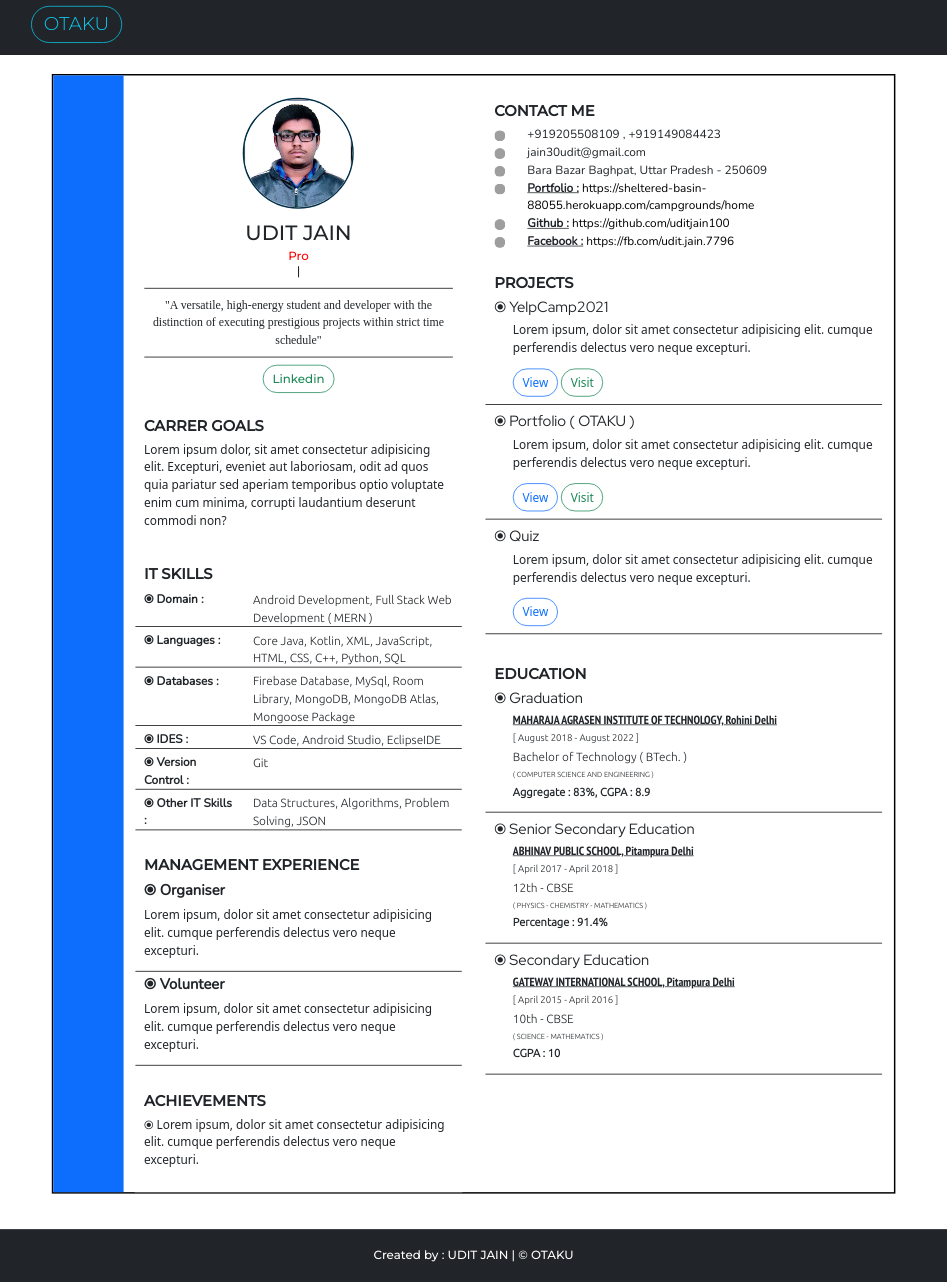
Repository: uditjain100/Responsive-Resume
Page: layouts/index.html
The author's editor kept a copy of each file at every save. The page is drawn from the files as they stood at one save, then again after a run of saves.
The browser window is 1280 px wide. The pictures show the whole page, at 74% of full size.
Pictures or frames that could not be fetched are drawn as grey boxes. Some web fonts or font styles are not loaded; a fallback is used. Some web libraries are served in a nearby version.

Above is the page before, as saved 2021-03-01 19:14:56.

### layouts/index.html
<!DOCTYPE html>
<html lang="en">
  <head>
    <meta charset="UTF-8" />
    <meta http-equiv="X-UA-Compatible" content="IE=edge" />
    <meta name="viewport" content="width=device-width, initial-scale=1.0" />
    <title>Udit Jain</title>
    <link rel="stylesheet" href="app.css" />
    <link
      href="https://cdn.jsdelivr.net/npm/bootstrap@5.0.0-beta1/dist/css/bootstrap.min.css"
      rel="stylesheet"
      integrity="sha384-giJF6kkoqNQ00vy+HMDP7azOuL0xtbfIcaT9wjKHr8RbDVddVHyTfAAsrekwKmP1"
      crossorigin="anonymous"
    />

    <link rel="preconnect" href="https://fonts.gstatic.com" />
    <link
      href="https://fonts.googleapis.com/css2?family=Montserrat:wght@300;500&display=swap"
      rel="stylesheet"
    />
    <link
      href="https://fonts.googleapis.com/css2?family=Roboto+Slab:wght@300&display=swap"
      rel="stylesheet"
    />
    <link
      href="https://fonts.googleapis.com/css2?family=Spartan:wght@500&display=swap"
      rel="stylesheet"
    />
    <link
      href="https://fonts.googleapis.com/css2?family=Red+Hat+Display&display=swap"
      rel="stylesheet"
    />
    <link
      href="https://fonts.googleapis.com/css2?family=Ubuntu:wght@300&display=swap"
      rel="stylesheet"
    />
    <link
      href="https://fonts.googleapis.com/css2?family=Quicksand:wght@700&display=swap"
      rel="stylesheet"
    />
    <link
      href="https://fonts.googleapis.com/css2?family=Nunito&display=swap"
      rel="stylesheet"
    />
    <link
      href="https://fonts.googleapis.com/css2?family=Akaya+Kanadaka&display=swap"
      rel="stylesheet"
    />
    <link
      href="https://fonts.googleapis.com/css2?family=Akaya+Kanadaka&family=PT+Sans+Narrow:wght@700&display=swap"
      rel="stylesheet"
    />
  </head>
  <body>
    <header class="header">
      <nav class="navbar navbar-expand-lg navbar-light bg-dark pb-3 fixed-top">
        <div class="container-fluid">
          <a
            id="navtitle"
            class="navbar-brand text-info px-3 rounded-pill border border-info"
            href="#"
            >OTAKU</a
          >
        </div>
      </nav>
    </header>

    <div class="container">
      <div id="wholewindow" class="row">
        <div class="col-1 bg-primary"></div>
        <div id="leftwindow" class="col-5">
          <div id="namebox" style="border: none" class="card">
            <img
              id="profileimg"
              src="profile.jpg"
              class="card-img-top"
              alt="..."
            />
            <div class="card-body">
              <h3 class="card-title" style="font-size: 28px; font-weight: 400">
                UDIT JAIN
              </h3>
              <h6 class="card-subtitle"></h6>
              <p id="summary">
                "A versatile, high-energy student and developer with the
                distinction of executing prestigious projects within strict time
                schedule"
              </p>
              <a href="#" class="btn btn-outline-success rounded-pill"
                >Linkedin</a
              >
            </div>
          </div>
          <div id="goalbox" style="border: none" class="card">
            <div class="card-body">
              <h3 class="card-title">CARRER GOALS</h3>
              <p>
                Lorem ipsum dolor, sit amet consectetur adipisicing elit.
                Excepturi, eveniet aut laboriosam, odit ad quos quia pariatur
                sed aperiam temporibus optio voluptate enim cum minima, corrupti
                laudantium deserunt commodi non?
              </p>
            </div>
          </div>
          <div id="itskillsbox" style="border: none" class="card">
            <div class="card-body">
              <h3 class="card-title">IT SKILLS</h3>
              <ul class="list-group">
                <li id="itskillsitem" class="row">
                  <span class="col-4" id="que">⦿ Domain : </span>
                  <span class="col-8" id="ans"
                    >Android Development, Full Stack Web Development ( MERN
                    )</span
                  >
                </li>
                <li id="itskillsitem" class="row">
                  <span class="col-4" id="que">⦿ Languages : </span>
                  <span class="col-8" id="ans"
                    >Core Java, Kotlin, XML, JavaScript, HTML, CSS, C++, Python,
                    SQL</span
                  >
                </li>
                <li id="itskillsitem" class="row">
                  <span class="col-4" id="que">⦿ Databases : </span>
                  <span class="col-8" id="ans"
                    >Firebase Database, MySql, Room Library, MongoDB, MongoDB
                    Atlas, Mongoose Package</span
                  >
                </li>
                <li id="itskillsitem" class="row">
                  <span class="col-4" id="que">⦿ IDES : </span>
                  <span class="col-8" id="ans"
                    >VS Code, Android Studio, EclipseIDE</span
                  >
                </li>
                <li id="itskillsitem" class="row">
                  <span class="col-4" id="que">⦿ Version Control : </span>
                  <span class="col-8" id="ans">Git</span>
                </li>
                <li id="itskillsitem" class="row">
                  <span class="col-4" id="que">⦿ Other IT Skills : </span>
                  <span class="col-8" id="ans"
                    >Data Structures, Algorithms, Problem Solving, JSON</span
                  >
                </li>
              </ul>
            </div>
          </div>
          <div id="managementskillsbox" style="border: none" class="card">
            <div class="card-body">
              <h3 class="card-title">MANAGEMENT EXPERIENCE</h3>
              <ul class="list-group">
                <li id="managementskillsitem" class="row">
                  <h5 id="que" class="display-10">⦿ Organiser</h5>
                  <p>
                    Lorem ipsum, dolor sit amet consectetur adipisicing elit.
                    cumque perferendis delectus vero neque excepturi.
                  </p>
                </li>
                <li id="managementskillsitem" class="row">
                  <h5 id="que" class="display-10">⦿ Volunteer</h5>
                  <p>
                    Lorem ipsum, dolor sit amet consectetur adipisicing elit.
                    cumque perferendis delectus vero neque excepturi.
                  </p>
                </li>
              </ul>
            </div>
          </div>
          <div id="achievementsbox" style="border: none" class="card">
            <div class="card-body">
              <h3 class="card-title">ACHIEVEMENTS</h3>
              <ul class="list-group">
                <li id="achievementitem" class="row">
                  <p>
                    ⦿ Lorem ipsum, dolor sit amet consectetur adipisicing elit.
                    cumque perferendis delectus vero neque excepturi.
                  </p>
                </li>
              </ul>
            </div>
          </div>
        </div>
        <div id="rightwindow" class="col-6">
          <div id="contactbox" style="border: none" class="card">
            <div class="card-body">
              <h3 class="card-title">CONTACT ME</h3>
              <ul class="list-group">
                <li id="contactitem" class="row">
                  <div class="col-1">
                    <img
                      src="https://cdn.jsdelivr.net/npm/simple-icons@3.0.1/icons/android.svg"
                      alt=""
                    />
                  </div>
                  <div class="col-11">+919205508109 , +919149084423</div>
                </li>
                <li id="contactitem" class="row">
                  <div class="col-1">
                    <img
                      src="https://cdn.jsdelivr.net/npm/simple-icons@3.0.1/icons/gmail.svg"
                      alt=""
                    />
                  </div>
                  <div class="col-11">jain30udit@gmail.com</div>
                </li>
                <li id="contactitem" class="row">
                  <div class="col-1">
                    <img
                      src="https://cdn.jsdelivr.net/npm/simple-icons@3.0.1/icons/googlemaps.svg"
                      alt=""
                    />
                  </div>
                  <div class="col-11">
                    Bara Bazar Baghpat, Uttar Pradesh - 250609
                  </div>
                </li>
                <li id="contactitem" class="row">
                  <div class="col-1">
                    <img
                      src="https://cdn.jsdelivr.net/npm/simple-icons@4.13.0/icons/webpack.svg"
                      alt=""
                    />
                  </div>
                  <div style="text-align: left; margin-left: 0" class="col-11">
                    <span style="text-decoration: underline; font-weight: 800"
                      >Portfolio :</span
                    >
                    <a
                      href="https://sheltered-basin-88055.herokuapp.com/campgrounds/home"
                      ><span
                        >https://sheltered-basin-88055.herokuapp.com/campgrounds/home</span
                      ></a
                    >
                  </div>
                </li>
                <li id="contactitem" class="row">
                  <div class="col-1">
                    <img
                      src="https://cdn.jsdelivr.net/npm/simple-icons@4.13.0/icons/github.svg"
                      alt=""
                    />
                  </div>
                  <div style="text-align: left; margin-left: 0" class="col-11">
                    <span style="text-decoration: underline; font-weight: 800"
                      >Github :</span
                    >
                    <a href="https://github.com/uditjain100"
                      ><span>https://github.com/uditjain100</span></a
                    >
                  </div>
                </li>
                <li id="contactitem" class="row">
                  <div class="col-1">
                    <img
                      src="https://cdn.jsdelivr.net/npm/simple-icons@4.13.0/icons/facebook.svg"
                      alt=""
                    />
                  </div>
                  <div style="text-align: left; margin-left: 0" class="col-11">
                    <span style="text-decoration: underline; font-weight: 800"
                      >Facebook :</span
                    >
                    <a href="https://fb.com/udit.jain.7796"
                      ><span>https://fb.com/udit.jain.7796</span></a
                    >
                  </div>
                </li>
              </ul>
            </div>
          </div>
          <div id="projectbox" style="border: none" class="card">
            <div class="card-body">
              <h3 class="card-title">PROJECTS</h3>
              <ul class="list-group">
                <li id="projectitem" class="row">
                  <h5 id="projecttitle" class="display-10">⦿ YelpCamp2021</h5>
                  <div id="projectdetails">
                    <p>
                      Lorem ipsum, dolor sit amet consectetur adipisicing elit.
                      cumque perferendis delectus vero neque excepturi.
                    </p>
                    <span>
                      <a href="" class="btn btn-outline-primary rounded-pill"
                        >View</a
                      >
                      <a href="" class="btn btn-outline-success rounded-pill"
                        >Visit</a
                      >
                    </span>
                  </div>
                </li>
                <li id="projectitem" class="row">
                  <h5 id="projecttitle" class="display-10">
                    ⦿ Portfolio ( OTAKU )
                  </h5>
                  <div id="projectdetails">
                    <p>
                      Lorem ipsum, dolor sit amet consectetur adipisicing elit.
                      cumque perferendis delectus vero neque excepturi.
                    </p>
                    <span>
                      <a
                        href="https://github.com/uditjain100/YelpCamp2021"
                        class="btn btn-outline-primary rounded-pill"
                        >View</a
                      >
                      <a
                        href="https://sheltered-basin-88055.herokuapp.com/campgrounds/home"
                        class="btn btn-outline-success rounded-pill"
                        >Visit</a
                      >
                    </span>
                  </div>
                </li>
                <li id="projectitem" class="row">
                  <h5 id="projecttitle" class="display-10">⦿ Quiz</h5>
                  <div id="projectdetails">
                    <p>
                      Lorem ipsum, dolor sit amet consectetur adipisicing elit.
                      cumque perferendis delectus vero neque excepturi.
                    </p>
                    <span>
                      <a
                        href="https://github.com/uditjain100/Quiz"
                        class="btn btn-outline-primary rounded-pill"
                        >View</a
                      >
                    </span>
                  </div>
                </li>
              </ul>
            </div>
          </div>
          <div id="educationbox" style="border: none" class="card">
            <div class="card-body">
              <h3 class="card-title">EDUCATION</h3>
              <ul class="list-group">
                <li id="educationitem" class="row">
                  <h5 id="educationtitle" class="display-10">⦿ Graduation</h5>
                  <div id="details" style="margin-left: 25px">
                    <h6
                      id="institutename"
                      style="font-family: 'PT Sans Narrow'"
                      class="display-12"
                    >
                      MAHARAJA AGRASEN INSTITUTE OF TECHNOLOGY, Rohini Delhi
                    </h6>
                    <h6
                      class="text-fade"
                      id="timestamp"
                      style="font-weight: 400"
                    >
                      [ August 2018 - August 2022 ]
                    </h6>
                    <h6 id="stream">Bachelor of Technology ( BTech. )</h6>
                    <h6 id="subjects">( COMPUTER SCIENCE AND ENGINEERING )</h6>
                    <h6 id="marks">Aggregate : 83%, CGPA : 8.9</h6>
                  </div>
                </li>
                <li id="educationitem" class="row">
                  <h5 id="educationtitle" class="display-10">
                    ⦿ Senior Secondary Education
                  </h5>
                  <div id="details" style="margin-left: 25px">
                    <h6
                      id="institutename"
                      style="font-family: 'PT Sans Narrow'"
                      class="display-12"
                    >
                      ABHINAV PUBLIC SCHOOL, Pitampura Delhi
                    </h6>
                    <h6
                      class="text-fade"
                      id="timestamp"
                      style="font-weight: 400"
                    >
                      [ April 2017 - April 2018 ]
                    </h6>
                    <h6 id="stream">12th - CBSE</h6>
                    <h6 id="subjects">( PHYSICS - CHEMISTRY - MATHEMATICS )</h6>
                    <h6 id="marks">Percentage : 91.4%</h6>
                  </div>
                </li>
                <li id="educationitem" class="row">
                  <h5 id="educationtitle" class="display-10">
                    ⦿ Secondary Education
                  </h5>
                  <div id="details" style="margin-left: 25px">
                    <h6
                      id="institutename"
                      style="font-family: 'PT Sans Narrow'"
                      class="display-12"
                    >
                      GATEWAY INTERNATIONAL SCHOOL, Pitampura Delhi
                    </h6>
                    <h6
                      class="text-fade"
                      id="timestamp"
                      style="font-weight: 400"
                    >
                      [ April 2015 - April 2016 ]
                    </h6>
                    <h6 id="stream">10th - CBSE</h6>
                    <h6 id="subjects">( SCIENCE - MATHEMATICS )</h6>
                    <h6 id="marks">CGPA : 10</h6>
                  </div>
                </li>
              </ul>
            </div>
          </div>
        </div>
      </div>
    </div>

    <footer class="footer bg-dark mt-5 py-4">
      <div class="container">
        <span class="" style="text-align: center"
          >Created by : UDIT JAIN | &copy; OTAKU</span
        >
      </div>
    </footer>

    <script
      src="https://cdn.jsdelivr.net/npm/@popperjs/core@2.6.0/dist/umd/popper.min.js"
      integrity="sha384-KsvD1yqQ1/1+IA7gi3P0tyJcT3vR+NdBTt13hSJ2lnve8agRGXTTyNaBYmCR/Nwi"
      crossorigin="anonymous"
    ></script>
    <script
      src="https://cdn.jsdelivr.net/npm/bootstrap@5.0.0-beta2/dist/js/bootstrap.min.js"
      integrity="sha384-nsg8ua9HAw1y0W1btsyWgBklPnCUAFLuTMS2G72MMONqmOymq585AcH49TLBQObG"
      crossorigin="anonymous"
    ></script>

    <script src="https://cdnjs.cloudflare.com/ajax/libs/typed.js/2.0.11/typed.min.js"></script>

    <script src="app.js"></script>
  </body>
</html>

### layouts/app.css
/* * Common Section */

@keyframes transitionIn {
  from {
    opacity: 0;
    transform: rotateY(-10deg);
  }
  to {
    opacity: 1;
    transform: rotateY(0);
  }
}

html {
  animation: transitionIn 1s;
}

/* * Navbar Section */

#navtitle {
  font-family: "Montserrat";
  font-size: 25px;
  font-weight: 300;
  margin-left: 30px;
}

#navlist li {
  font-family: "Montserrat";
  font-weight: 200;
  margin: 10px;
  padding: 10px;
  font-size: 20px;
  transition: 0.1s;
  display: flex;
  flex-direction: column-reverse;
  align-items: center;
}

#navlist li img {
  width: 30px;
  display: none;
  height: 30px;
  margin: 5px;
  border-radius: 50%;
}

#navlist li:hover {
  font-weight: 500;
  border-bottom-left-radius: 10%;
  border-bottom-right-radius: 10%;
  border-bottom: 2px white solid;
}

@media (max-width: 993px) {
  #navlist li img {
    display: flex;
    background-color: grey;
  }
}

/*  ********************* resume work */

#wholewindow {
  margin-top: 100px;
  border: 2px black solid;
  display: flex;
  flex-direction: row;
  flex-wrap: wrap;
  justify-content: space-evenly;
  /* align-items: center; */
}

#leftwindow,
#rightwindow {
  margin-top: 20px;
  min-width: 400px;
}

#namebox {
  display: flex;
  flex-direction: column;
  flex-wrap: wrap;
  justify-content: space-evenly;
  align-items: center;
  text-align: center;
  font-family: "Montserrat";
}

#profileimg {
  width: 150px;
  height: 150px;
  border-radius: 50%;
  border: 2px #003049 solid;
  margin-top: 10px;
}
#summary {
  font-family: "Akaya Kanadaka";
  margin-top: 10px;
  margin-bottom: 10px;
  padding-top: 10px;
  padding-bottom: 10px;

  border-bottom: 1px black solid;
  border-top: 1px black solid;
}

.card-subtitle {
  color: red;
}

#itskillsitem,
#managementskillsitem {
  border-bottom: 1px black solid;
  margin-top: 3px;
  margin-bottom: 3px;
}

#que {
  font-family: "Nunito";
  font-weight: 900;
  text-align: left;
}

#ans {
  font-family: "Ubuntu";
  font-weight: 400;
  text-align: left;
}

li img {
  width: 15px;
  height: 15px;
  border-radius: 50%;
  margin-right: 5px;
}

#contactitem {
  font-family: "Nunito";
}

#contactitem div a {
  color: black;
  text-decoration: none;
  transition: 0.3s;
}

#contactitem div a:hover {
  color: dodgerblue;
  text-decoration: underline;
}

#educationtitle {
  font-family: "Red Hat Display";
  font-weight: 200;
}

#educationitem,
#projectitem {
  margin-bottom: 10px;
  padding-bottom: 10px;
  border-bottom: 1px black solid;
}

#details {
  font-family: "Ubuntu";
}

#institutename {
  text-decoration: underline;
}

#timestamp {
  font-size: 13px;
}

#stream {
  font-size: 16px;
  font-weight: 400;
}

#subjects {
  font-size: 10px;
  font-weight: 300;
}

#marks {
  font-size: 15px;
  font-weight: 700;
}

#projecttitle {
  font-family: "Red Hat Display";
  font-weight: 400;
}

#projectdetails {
  margin-left: 25px;
}

.card {
  background-color: black;
}

.card-title {
  font-family: "Montserrat";
  font-weight: 900;
  font-size: 20px;
  border: none;
}

/* * Common Section */

.footer {
  position: -webkit-sticky;
  left: 0;
  bottom: 0;
  width: 100%;
  color: white;
  text-align: center;
  font-family: "Montserrat";
}

### layouts/app.js
var typed = new Typed(".card-subtitle", {
  strings: ["Student", "Programmer", "Developer", "Engineer"],
  typeSpeed: 100,
  backSpeed: 60,
  loop: true,
});

After the next 2 saves:
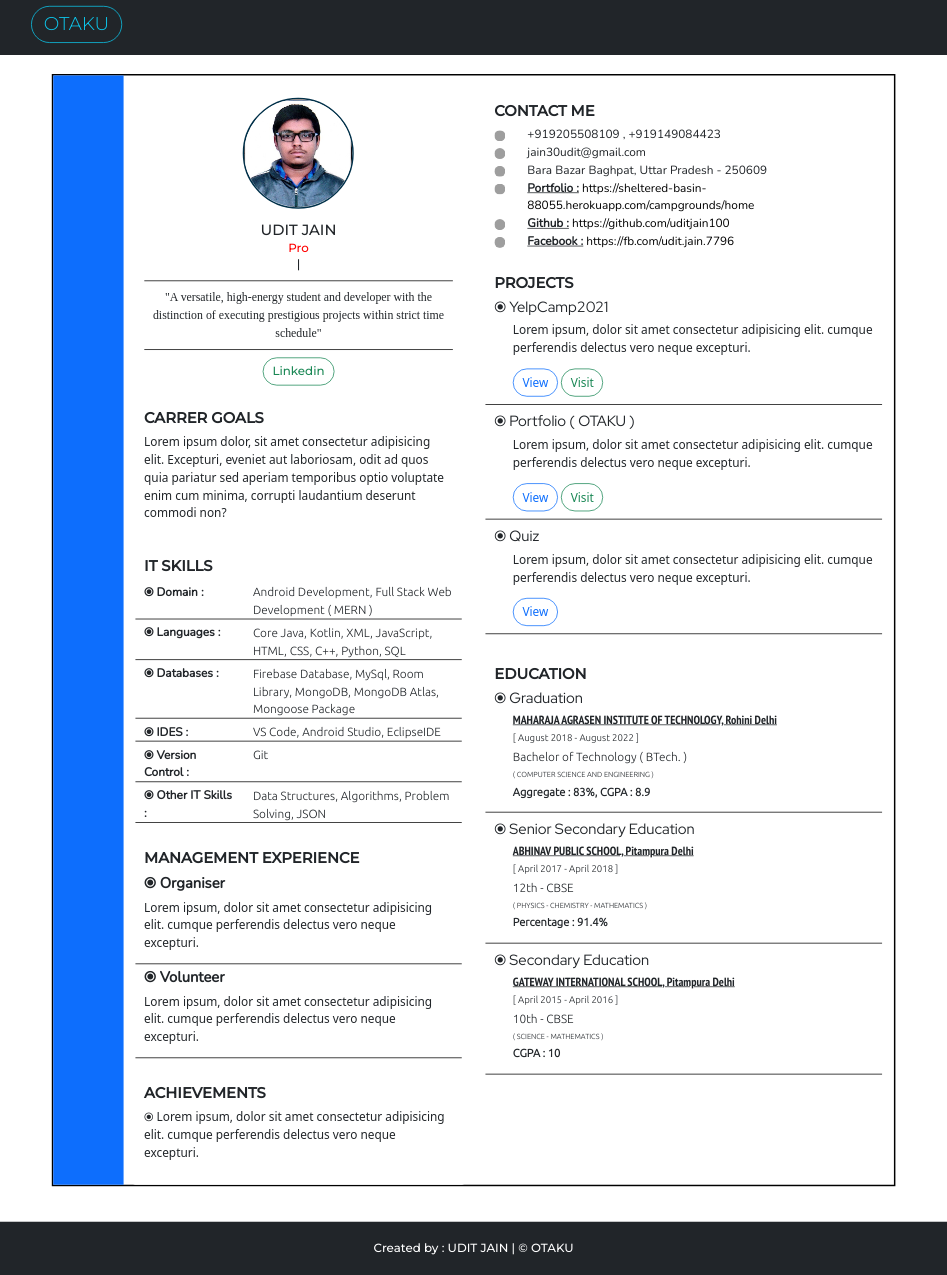
The 2 saves are shown as one change because they came seconds apart.
The last was saved 95 s later.
--- a/layouts/index.html
+++ b/layouts/index.html
@@ -77,7 +77,7 @@
               alt="..."
             />
             <div class="card-body">
-              <h3 class="card-title" style="font-size: 28px; font-weight: 400">
+              <h3 class="card-title" style="font-size: 20px; font-weight: 400">
                 UDIT JAIN
               </h3>
               <h6 class="card-subtitle"></h6>
